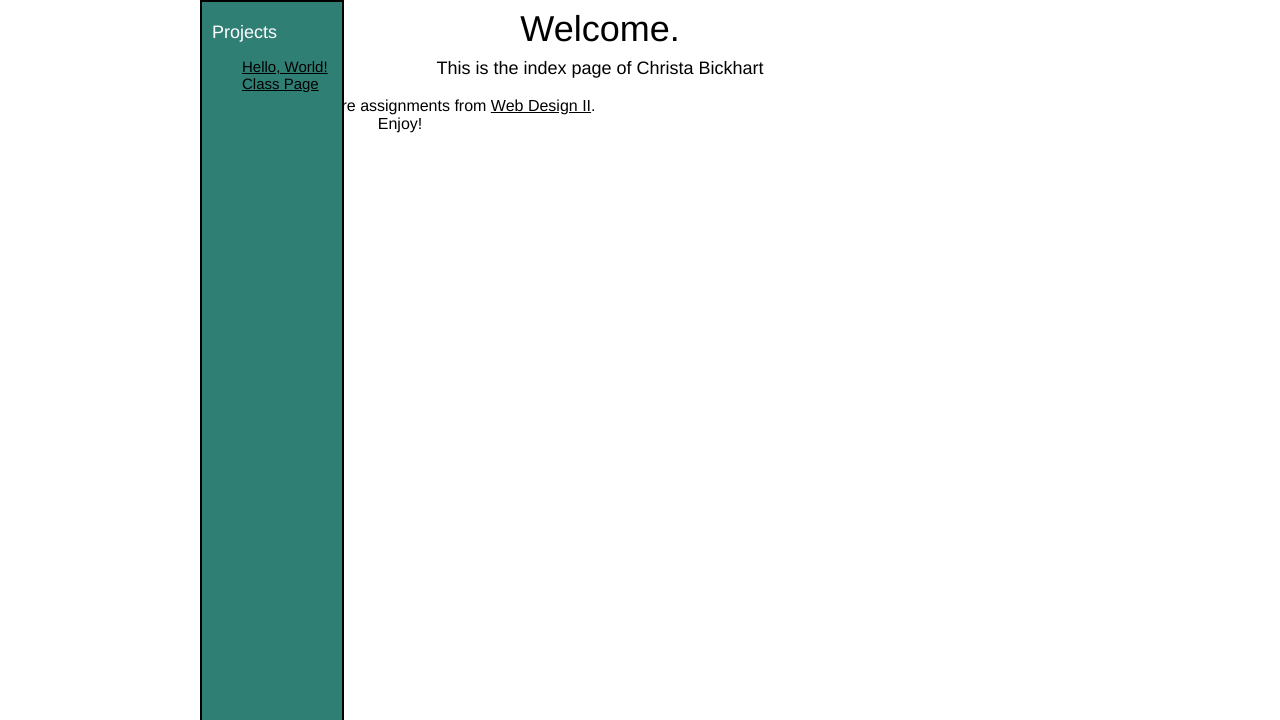
Repository: cbickhar/cbickhar.github.io
Page: index.html
The author's editor kept a record of every edit. The page is drawn from the files as they stood at one moment, then again after the next edit.
The browser window is 1280 px wide. The pictures show the whole page.

Above is the page before.

After the next edit:
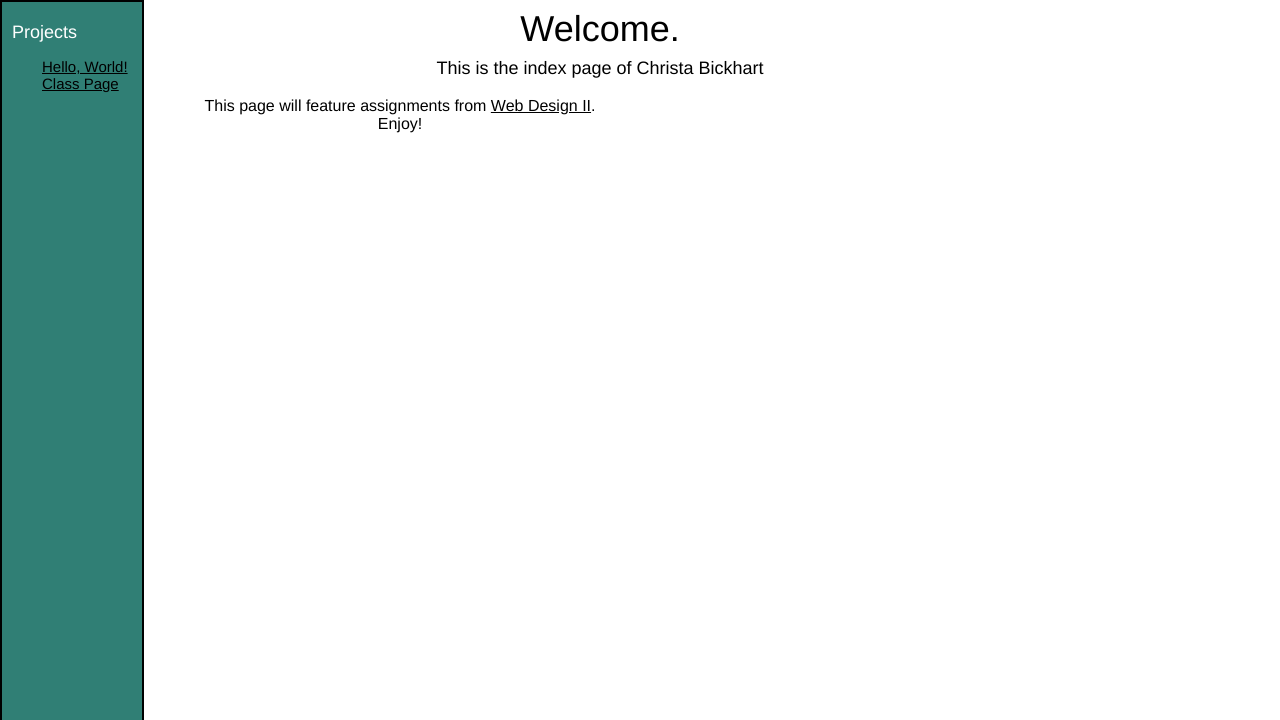
The edit:
--- a/styles.css
+++ b/styles.css
@@ -50,8 +50,9 @@
 	width: 140px;
 	height: 100%;
 	top: 0px;
+	left: 0px;
 	text-align: left;
-	margin: 0px;
+	margin: 0 auto;
 	border: 2px solid black;
 }
 
